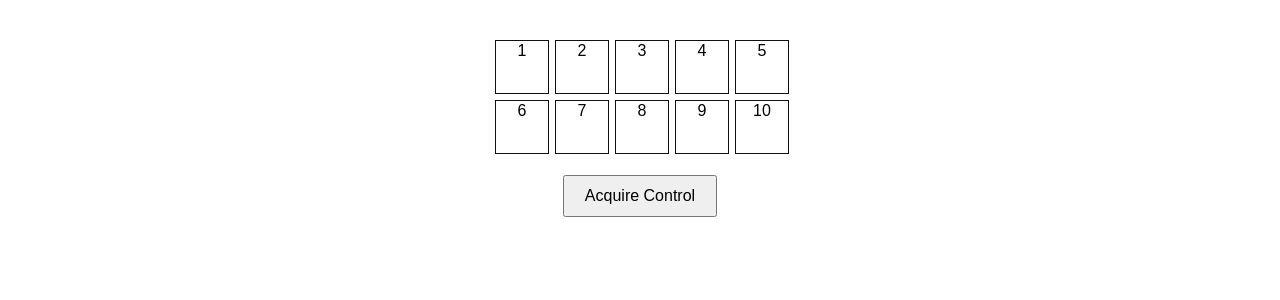
Repository: sahelipaul17/appYogi
Page: public/index.html
The author's editor kept a copy of each file at every save. The page is drawn from the files as they stood at one save, then again after the next save.
The browser window is 1280 px wide. The pictures show the whole page.

Above is the page before, as saved 2023-07-28 09:46:24.

### public/index.html
<!DOCTYPE html>
<html lang="en">
<head>
  <meta charset="UTF-8">
  <meta name="viewport" content="width=device-width, initial-scale=1.0">
  <title>Remote Keyboard</title>
  <link rel="stylesheet" href="styles.css">
</head>
<body>
  <div class="keyboard">
    <div class="key" id="key1">1</div>
    <div class="key" id="key2">2</div>
    <div class="key" id="key3">3</div>
    <div class="key" id="key4">4</div>
    <div class="key" id="key5">5</div>
    <div class="key" id="key6">6</div>
    <div class="key" id="key7">7</div>
    <div class="key" id="key8">8</div>
    <div class="key" id="key9">9</div>
    <div class="key" id="key10">10</div>
  </div>
  <button id="acquireControlBtn">Acquire Control</button>
  <button id="releaseControlBtn" disabled>Release Control</button>

  <script src="https://code.jquery.com/jquery-3.6.0.min.js"></script>
  <script src="app.js"></script>
</body>
</html>

### public/styles.css
body {
    font-family: Arial, sans-serif;
    margin: 0;
    padding: 20px;
    text-align: center;
  }

  .keyboard {
    display: grid;
    grid-template-columns: repeat(5, 50px);
    grid-template-rows: repeat(2, 50px);
    gap: 10px;
    margin: 20px auto;
    justify-content: center;
    text-align: center;
  }

  .key {
    width: 50px;
    height: 50px;
    padding: 1px;
    background-color: white;
    border: 1px solid #111010;
    cursor: pointer;
    text-align: center;
  }

  .key.lit {
    background-color: red; /* Change to yellow for user 2 */
  }

  button {
    margin: 5px;
    padding: 10px 20px;
    font-size: 16px;
    cursor: pointer;
  }

  #releaseControlBtn {
    display: none; /* Hide the Release Control button initially */
  }

### public/app.js
$(document).ready(() => {
    const user = getUserFromQuery(); // Get the user from the query string
    let controlAcquired = false;

    // Function to get the user from the query string
    function getUserFromQuery() {
      const urlParams = new URLSearchParams(window.location.search);
      return urlParams.get('user');
    }

    // Function to handle acquiring control
    function acquireControl() {
      if (controlAcquired) return;
      $.post('/acquire-control', { user }, (data) => {
        if (data.success) {
          controlAcquired = true;
          $('#acquireControlBtn').prop('disabled', true);
          $('#releaseControlBtn').prop('disabled', false);
          pollServer();
        } else {
          console.log('Failed to acquire control. Control is currently held by another user.');
        }
      });
    }

    // Function to handle releasing control
    function releaseControl() {
      if (!controlAcquired) return;
      $.post('/acquire-control', { user: null }, (data) => {
        if (data.success) {
          controlAcquired = false;
          $('#acquireControlBtn').prop('disabled', false);
          $('#releaseControlBtn').prop('disabled', true);
        } else {
          console.log('Failed to release control. Something went wrong.');
        }
      });
    }

    // Function to update key state on the server
    function updateKeyState(key, state) {
      $.post('/update-key-state', { user, key, state }, (data) => {
        if (!data.success) {
          console.log('Failed to update key state. Make sure you have control.');
        }
      });
    }

    // Function to handle key click events
    function handleKeyClick(event) {
      const key = event.target.id;
      const currentState = $(event.target).hasClass('lit');

      if (currentState) {
        // Turn off the key
        updateKeyState(key, false);
      } else {
        // Turn on the key
        updateKeyState(key, true);
      }
    }

    // Function to handle keyboard click events
    function handleKeyboardClick(event) {
      if (controlAcquired) {
        handleKeyClick(event);
      } else {
        console.log('You need to acquire control first.');
      }
    }

    // Function to update the keyboard state based on the server response
    function updateKeyboardState(state) {
      // Loop through each key and update its state
      $('.key').each((index, element) => {
        const key = element.id;
        const isLit = state[key];
        if (isLit) {
          $(element).addClass('lit');
        } else {
          $(element).removeClass('lit');
        }
      });
    }

    // Attach click event listener to the keyboard
    $('.keyboard').on('click', '.key', handleKeyboardClick);

    // Periodically poll the server to update the keyboard state
    function pollServer() {
      // Send an Ajax request to the server to get the keyboard state
      $.get('/get-keyboard-state', (data) => {
        updateKeyboardState(data);
      });
    }

    // Button to acquire control
    $('#acquireControlBtn').click(acquireControl);

    // Button to release control
    $('#releaseControlBtn').click(releaseControl);
  });

After the next save:
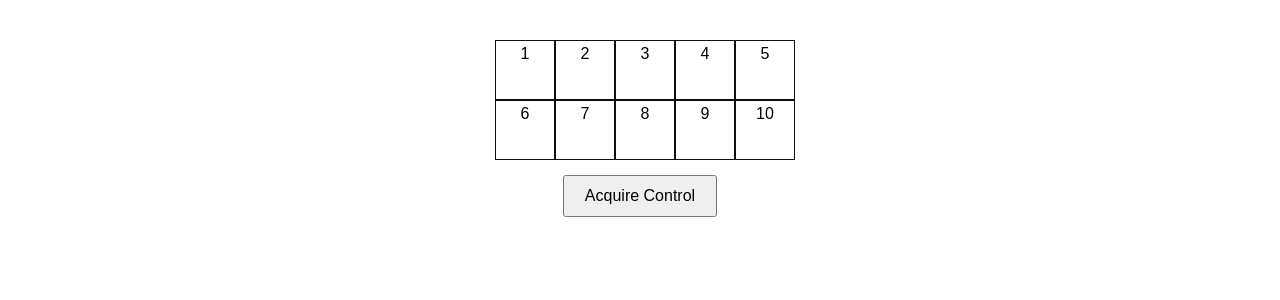
Saved 46 s later.
--- a/public/styles.css
+++ b/public/styles.css
@@ -18,7 +18,7 @@ body {
   .key {
     width: 50px;
     height: 50px;
-    padding: 1px;
+    padding: 4px;
     background-color: white;
     border: 1px solid #111010;
     cursor: pointer;
